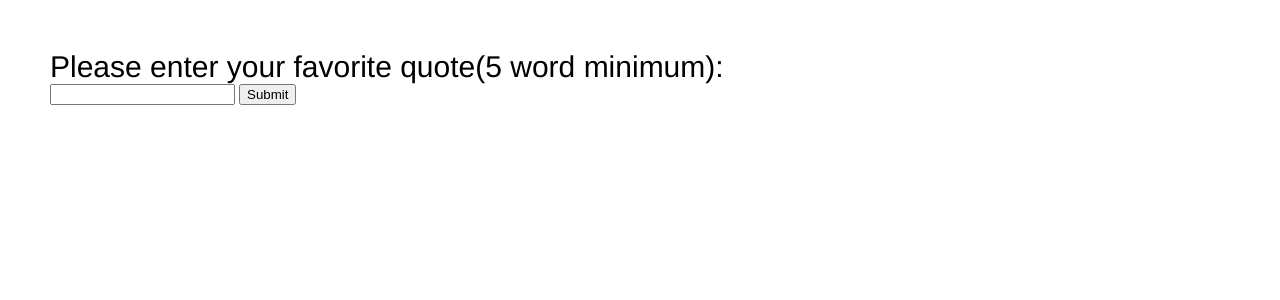
Repository: lilliebee/COSW30
Page: homework/homework4/quote.html
The author's editor kept a record of every edit. The page is drawn from the files as they stood at one moment, then again after the next edit.
The browser window is 1280 px wide. The pictures show the whole page.

Above is the page before.

### homework/homework4/quote.html
<html>
    <head>
        <style type="text/css">
            body {
                margin:50px;
            }
            label {
                font-size:30px;
                text-align:center;
                font-family: Helvetica;
            }
        </style>
    </head>
<body>

<form action="quote_process.php" method="post">
<label>Please enter your favorite quote(5 word minimum):</label><br>
<input type="text" quote="quote">

<button name="submit">Submit</button>
</form>

</body>
</html>

After the next edit:
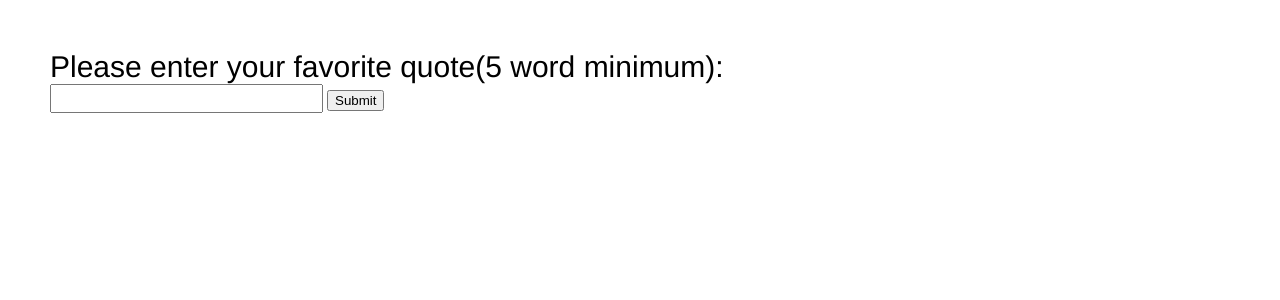
The edit:
--- a/homework/homework4/quote.html
+++ b/homework/homework4/quote.html
@@ -8,6 +8,10 @@
                 font-size:30px;
                 text-align:center;
                 font-family: Helvetica;
+            }
+
+            input {
+                font-size:20px;
             }
         </style>
     </head>
